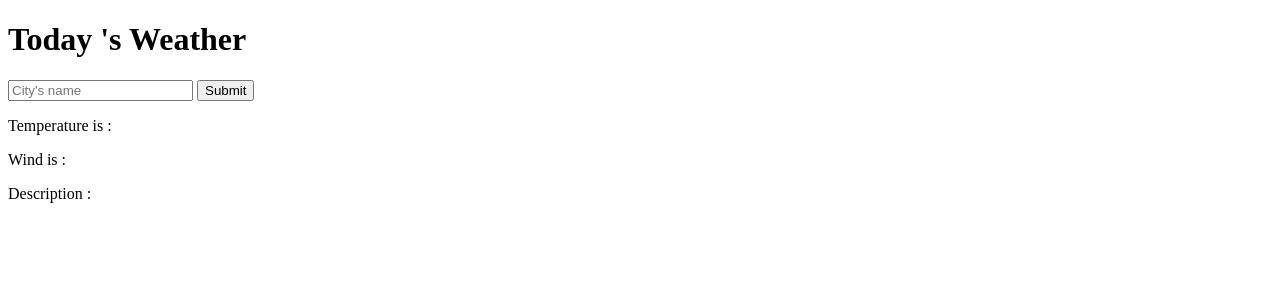
Repository: heartbreathing/searchWeather
Page: index.html
The author's editor kept a copy of each file at every save. The page is drawn from the files as they stood at one save, then again after the next save.
The browser window is 1280 px wide. The pictures show the whole page.

Above is the page before, as saved 2022-11-06 17:38:28.

After the next save:
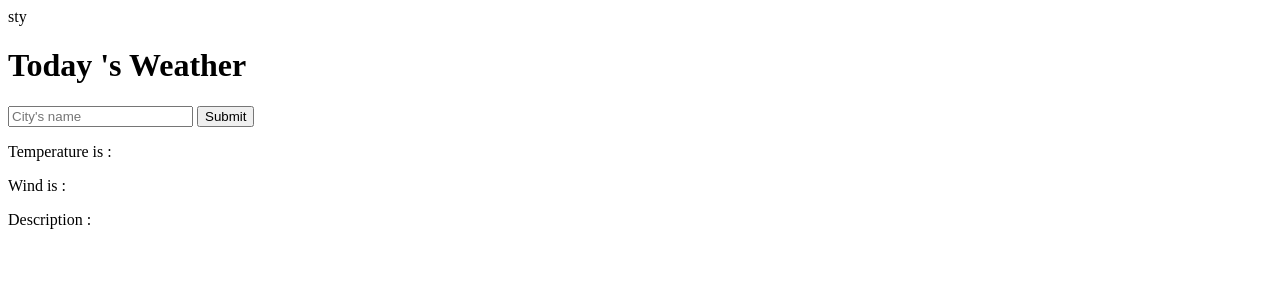
Saved 48 s later.
--- a/index.html
+++ b/index.html
@@ -5,7 +5,7 @@
     <meta http-equiv="X-UA-Compatible" content="IE=edge" />
     <meta name="viewport" content="width=device-width, initial-scale=1.0" />
     <title>search_weather</title>
-    <style></style>
+    sty
   </head>
   <body>
     <div class="content">
